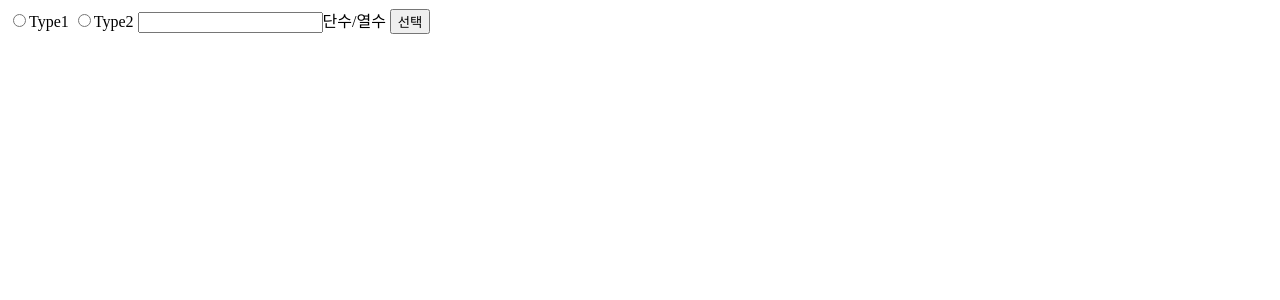
Repository: Dnadit/JSPServlet
Page: http://localhost/MustHaveJSP/JSPMission/gugudan3.jsp
An editor plug-in stored every save of this project. The page is shown before and after the next save, followed by the edit.
The browser window is 1280 px wide. The pictures show the whole page.
The page is served by Tomcat 9.

Above is the page before, as saved 2023-02-22 03:21:14.

After the next save:
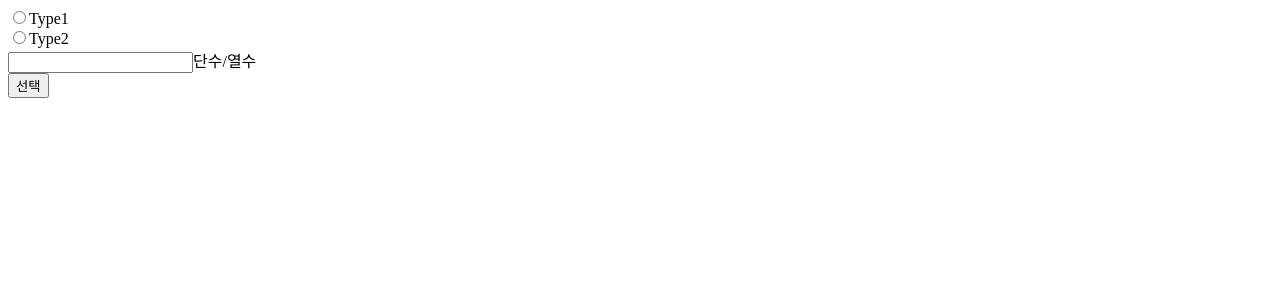
Saved 15 s later.
--- a/MustHaveJSP/src/main/webapp/JSPMission/gugudan3.jsp
+++ b/MustHaveJSP/src/main/webapp/JSPMission/gugudan3.jsp
@@ -8,9 +8,9 @@
 </head>
 <body>
 	<form action="">
-		<input type="radio" name="type1" value="" />Type1
-		<input type="radio" name="type1" value="" />Type2
-		<input type="text" />단수/열수
+		<input type="radio" name="type1" value="" />Type1<br>
+		<input type="radio" name="type1" value="" />Type2<br>
+		<input type="text" />단수/열수<br>
 		<input type="submit" value="선택" />
 	</form>
 </body>
